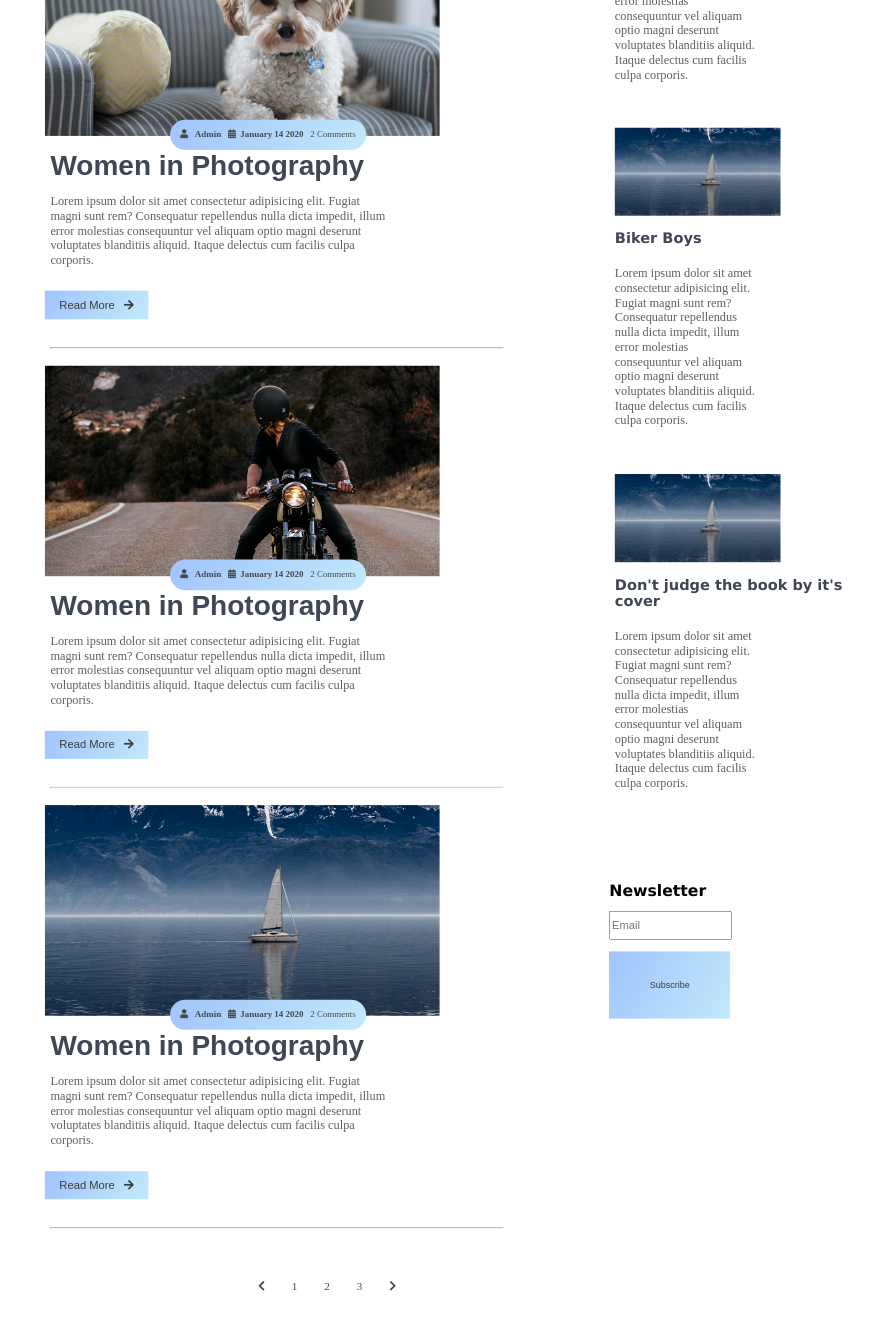
Repository: premjawaharp/Blogsite
Page: index.html
An editor plug-in stored every save of this project. The page is shown before and after the next save, followed by the edit.
The browser window is 1280 px wide. The pictures show the part of the page from y = 2033 to 3953 px (the page is 3953 px tall), at 70% of full size.

Above is the page before, as saved 2020-09-16 21:46:08.

After the next save:
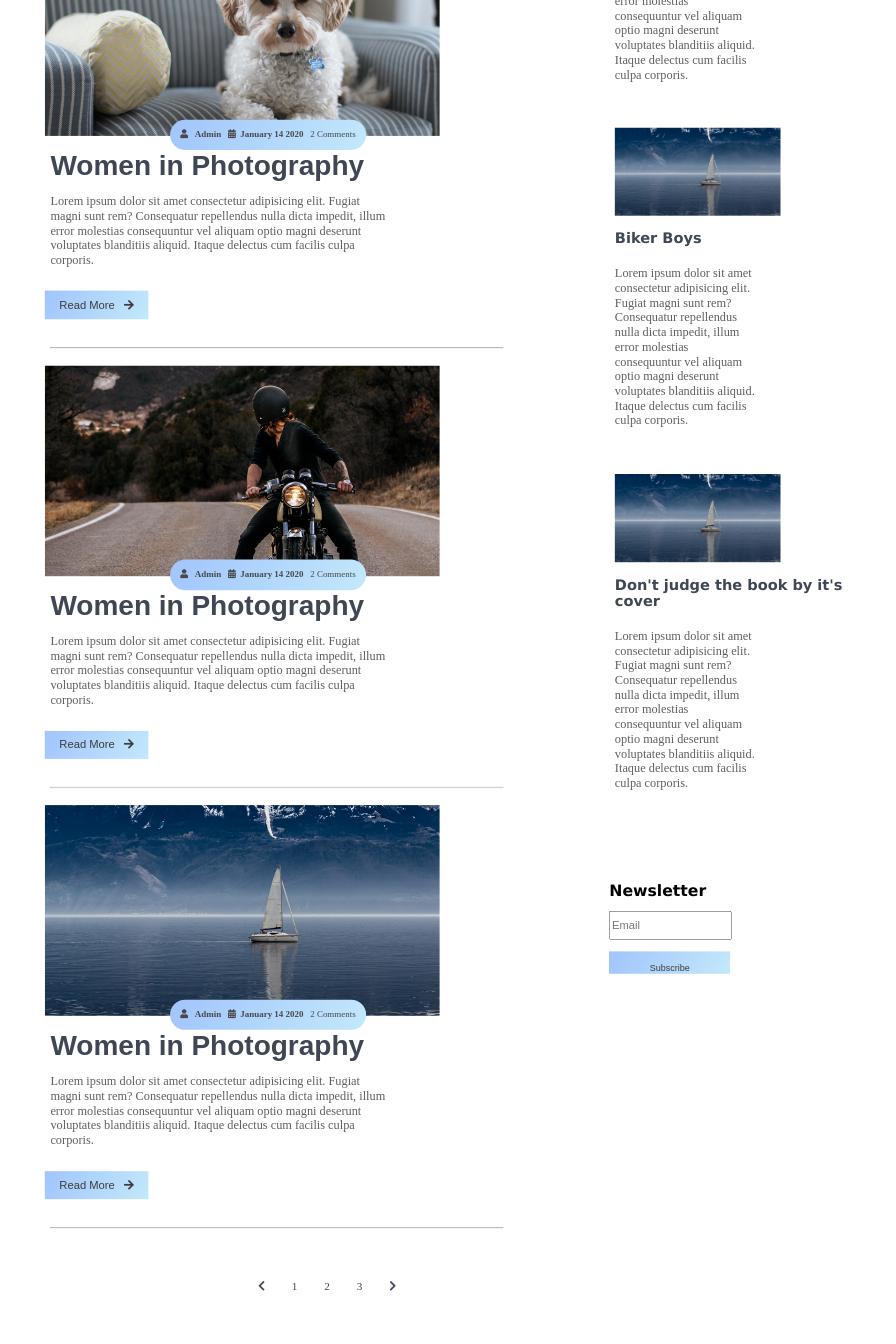
Saved 5 s later.
--- a/css/style.css
+++ b/css/style.css
@@ -408,7 +408,7 @@ main .post-content .post-btn {
 }
 main .news-letter .news-form .new-form-btn {
     border-radius: 0;
-    height: 6rem;
+    height: 1rem;
     background: var(--water-sky);
     font-size:1vw;
 }
